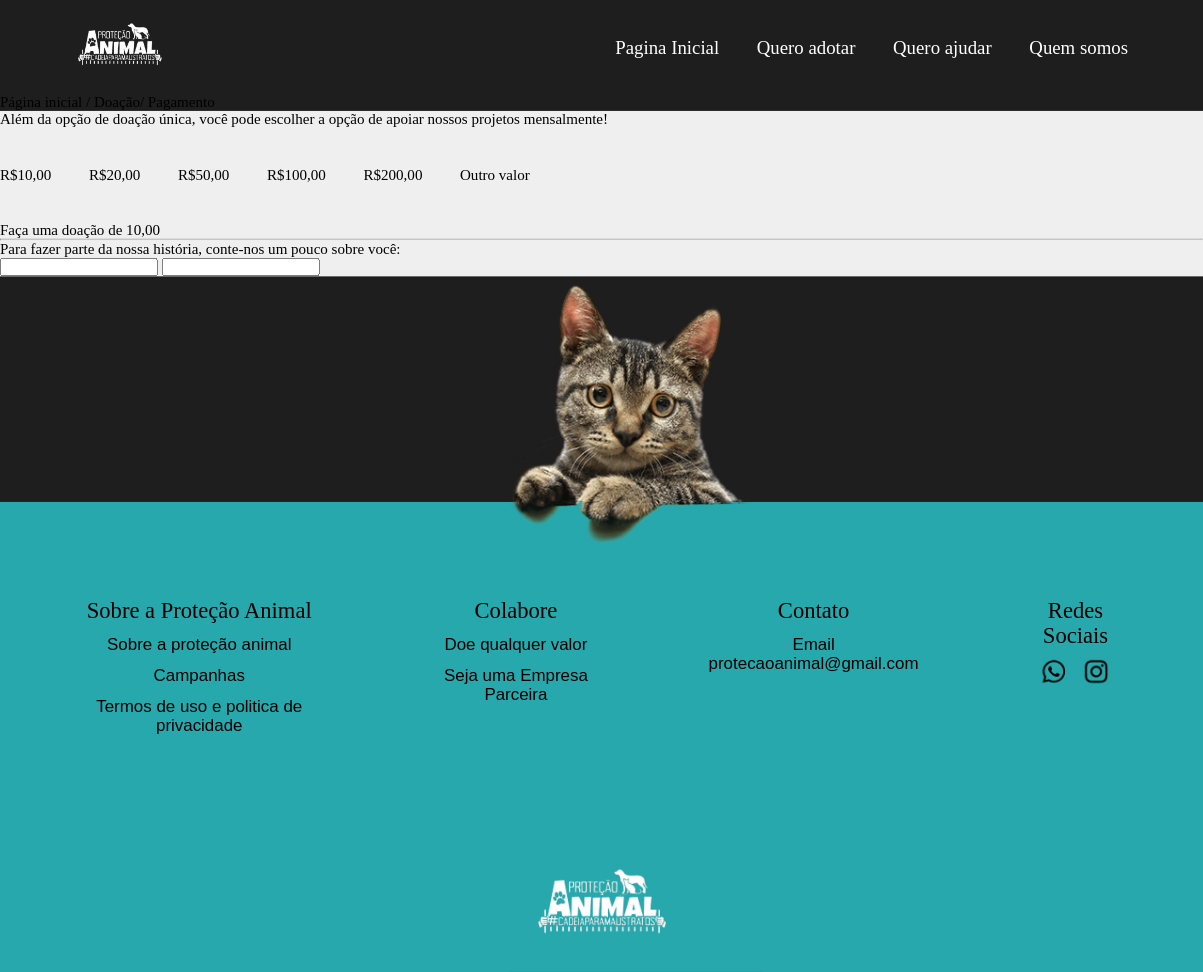
Repository: edjunior-nascimento/protecao-animal-web
Page: src/pages/formulario-doacao/index.html
The author's editor kept a copy of each file at every save. The page is drawn from the files as they stood at one save, then again after the next save.
The browser window is 1280 px wide. The pictures show the whole page, at 94% of full size.

Above is the page before, as saved 2025-02-22 03:35:59.

After the next save:
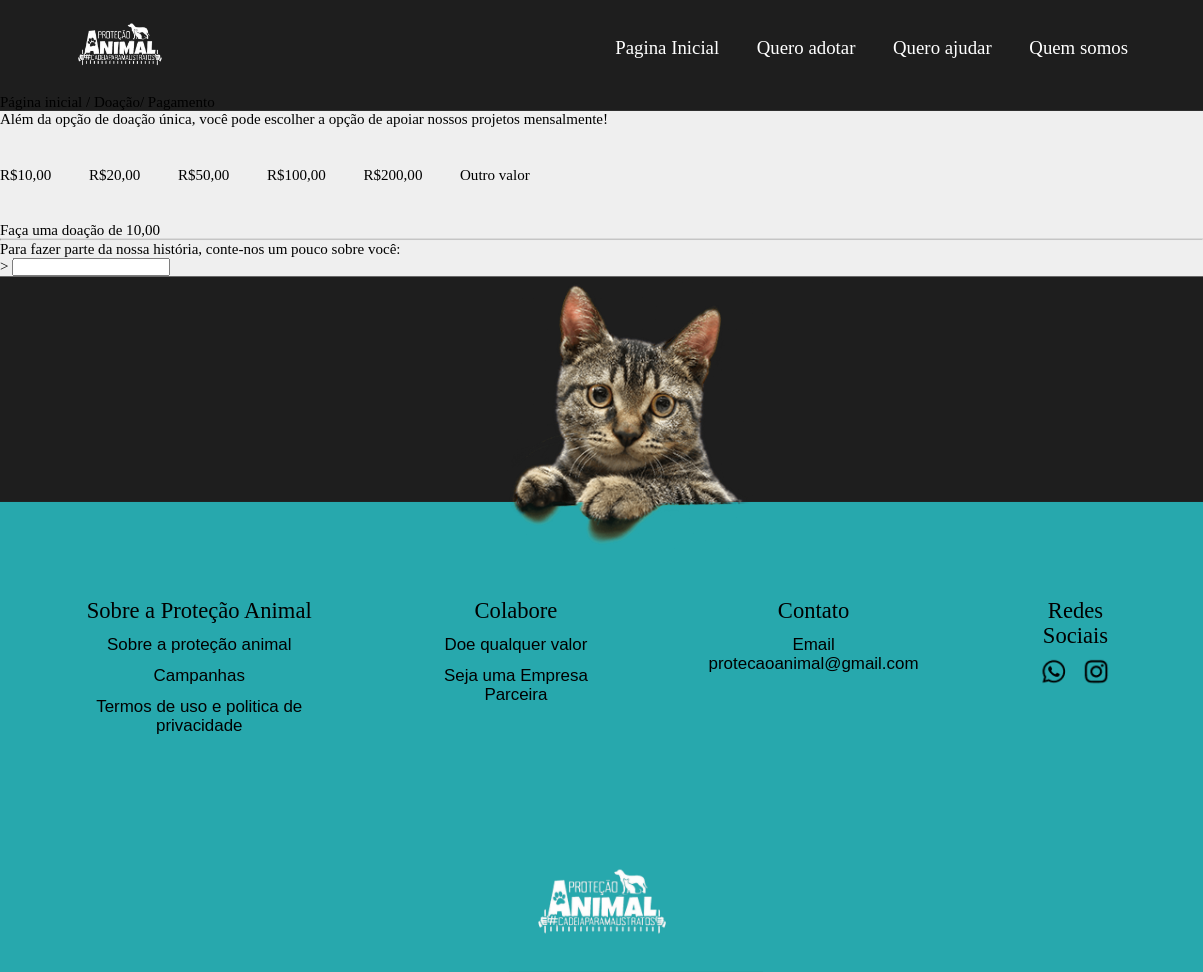
Saved 6 s later.
--- a/src/pages/formulario-doacao/index.html
+++ b/src/pages/formulario-doacao/index.html
@@ -74,8 +74,8 @@
                 </div>
                 <div class="dados">
                     <form action="/send" method="post" target="_blank" >
-                        <label for=""></label>
-                        <input type="text" name="Nome*" id="Nome*">
+                        <label for=""
+                        <input type="text" name="Nome*" id="Nome*">></label>
                         <input type="text">
                     </form>
                 </div>

After the save that followed:
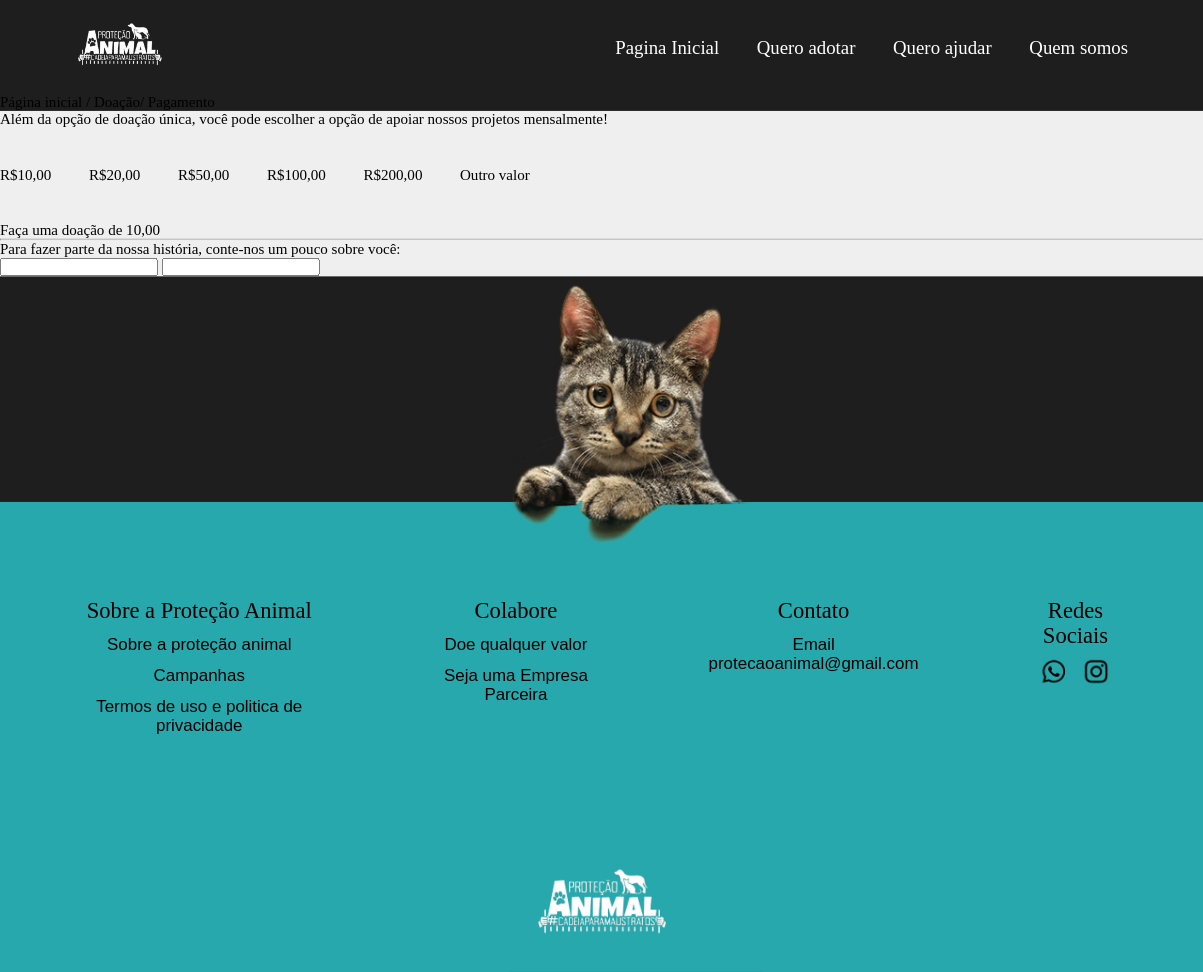
Saved 7 s later.
--- a/src/pages/formulario-doacao/index.html
+++ b/src/pages/formulario-doacao/index.html
@@ -74,8 +74,8 @@
                 </div>
                 <div class="dados">
                     <form action="/send" method="post" target="_blank" >
-                        <label for=""
-                        <input type="text" name="Nome*" id="Nome*">></label>
+                        <label for=""></label>
+                        <input type="text" name="Nome*" id="Nome*">
                         <input type="text">
                     </form>
                 </div>
